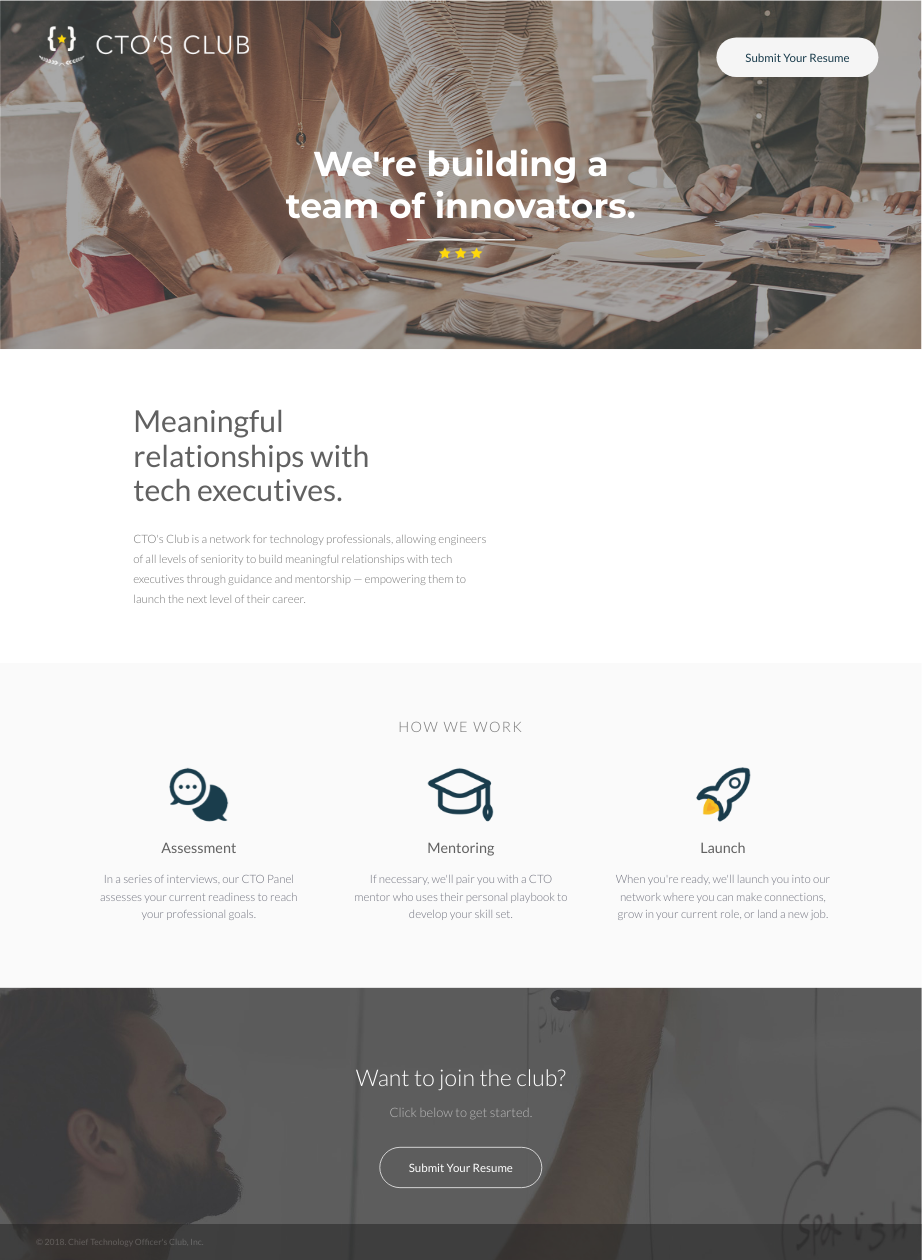
Repository: jadamduff/ctos_club_master
Page: index.html
The author's editor kept a record of every edit. The page is drawn from the files as they stood at one moment, then again after the next edit.
The browser window is 1280 px wide. The pictures show the whole page, at 72% of full size.
Some web fonts or font styles are not loaded; a fallback is used. Some web libraries are served in a nearby version.

Above is the page before.
Not found: js/join.js

### index.html
<!DOCTYPE html>
<html>
    <head>
        <title>CTO's CLub - Welcome</title>
        <link rel="stylesheet" type="text/css" href="css/base.css" />
        <link href="https://fonts.googleapis.com/css?family=Lato:300,400|Montserrat:500,700|Nunito+Sans:300i,400" rel="stylesheet">
        <script src="https://ajax.googleapis.com/ajax/libs/jquery/3.3.1/jquery.min.js"></script>
        <script src="https://ajax.googleapis.com/ajax/libs/jqueryui/1.12.1/jquery-ui.min.js"></script>
        <script src="js/join.js"></script>
        <meta name="viewport" content="width=device-width, initial-scale=1">
    </head>
    <body>
        <div class="screen" id="screen"></div>
        <div class="form_box" id="form_box">
            <div style="width: 350px; margin: 15px 25px 0 25px; text-align: center">
                <div id="wufoo-z19no87o1f58xc2">
                    Fill out my <a href="https://jadamduff.wufoo.com/forms/z19no87o1f58xc2">online form</a>.
                </div>
                <p id="close_btn">Close</p>
            </div>
        </div>
        <div style="width: 100%; height: 500px; background-color: #eeeeee; top: -500px; position: absolute"></div>
        <div style="background-image: url('images/hero_bg4.png'); width: 100%; height: 485px; background-size: cover; background-position: top">
            <div class="header" id="header_lg">
                <div class="header_contents">
                    <img src="images/logo_hero2.png" id="header_logo" />
                    <div class="contact_button" id="contact_button">Submit Your Resume</div>
                </div>
            </div>
            <div class="header smaller" id="header_sm">
                <div class="header_contents">
                    <img src="images/logo_main_sm6.png" id="header_logo_sm" />
                    <div class="contact_button smaller" id="contact_button_sm">Submit Your Resume</div>
                </div>
            </div>
            <div class="hero_wrapper" id="hero_wrapper">
                <div style="vertical-align: middle; border: 0; display: inline-block; line-height: 1.2; text-align: center; font-family: Montserrat; font-weight: 700; color: #ffffff; font-size: 48px; margin: 200px 0 10px 0">
                    We're building a<br />team of innovators.
                </div><br />
                <div style="width: 150px; height: 2px; background-color: #eeeeee; display: inline-block; margin: 0 0 5px 0"></div><br />
                <div style="display: inline-block">
                    <img src="images/star_sm.png" />
                    <img src="images/star_sm.png" />
                    <img src="images/star_sm.png" />
                </div>
            </div>
        </div>
        <div style="width: 100%; background-color: #ffffff; text-align: center; padding: 75px 0 75px 0">
            <div style="display: inline-block; padding: 0 25px 0 100px; vertical-align: middle">

                <div style="margin: 0; text-align: left">
                        <p style="font-family: Lato; font-size: 42px; color: #616161; font-weight: 400; line-height: 48px; max-width: 400px; margin: 0 0 30px 0">
                            Meaningful relationships with tech executives.
                        </p>
                        <p style="font-family: Lato; font-size: 16px; color: #757575; font-weight: 300; line-height: 28px; margin: 0; max-width: 500px">
                            CTO's Club is a network for technology professionals, allowing engineers of all levels of seniority to build meaningful relationships with tech executives through guidance and mentorship &#8212 empowering them to launch the next level of their career.
                        </p>
                </div>
            </div>
            <div style="display: inline-block; vertical-align: middle; margin: 0 100px 0 25px">
                <img src="images/alex3.png" id="cto_image"/>
                <div id="cto_label">
                    <p style="font-family: Nunito Sans; font-weight: 400; color: #424242; font-size: 22px; text-align: center; margin: 25px 0 0 0; line-height: 22px; vertical-align: middle">
                        <img src="images/star_sm.png" style="vertical-align: middle; padding: 0 0 6px 0" /> Alex Baretta
                    </p>
                    <p style="font-family: Nunito Sans; font-weight: 300i; font-style: italic; color: #424242; font-size: 18px; text-align: center; margin: 0 0 0 18px; line-height: 22px; vertical-align: middle">
                        Founder at xMuTuo
                    </p>
                </div>
            </div>

        </div>
        <div style="width: 100%; background-color: #fafafa; text-align: center; padding: 75px 0 75px 0">
            <div style="font-family: Lato; font-size: 20px; color: #757575; margin: 0 0 30px 0; text-align: center; font-weight: 300; letter-spacing: 2px">
                HOW WE WORK<br />
            </div>

            <ul style="list-style-type: none; display: inline-block; padding: 0">
                <li style="display: inline-block; width: 300px; margin: 0 30px; vertical-align: top">
                    <img src="images/interview_icon.png" style="height: 75px"/>
                    <p style="font-family: Lato; font-weight: 400; font-size: 20px; color: #616161; text-align: center">
                        Assessment
                    </p>
                    <p style="font-family: Lato; font-size: 16px; color: #6F717D; margin: 0; text-align: center; font-weight: 300; line-height: 24px">
                        In a series of interviews, our CTO Panel assesses your current readiness to reach your professional goals.
                    </p>
                </li>
                <li style="display: inline-block; width: 300px; margin: 0 30px; vertical-align: top">
                    <img src="images/mentoring_icon.png" style="height: 75px"/>
                    <p style="font-family: Lato; font-weight: 400; font-size: 20px; color: #616161; text-align: center">
                        Mentoring
                    </p>
                    <p style="font-family: Lato; font-size: 16px; color: #6F717D; margin: 0; text-align: center; font-weight: 300; line-height: 24px">
                        If necessary, we'll pair you with a CTO mentor who uses their personal playbook to develop your skill set.
                    </p>
                </li>
                <li style="display: inline-block; width: 300px; margin: 0 30px; vertical-align: top">
                    <img src="images/launch_icon.png" style="height: 75px"/>
                    <p style="font-family: Lato; font-weight: 400; font-size: 20px; color: #616161; text-align: center">
                        Launch
                    </p>
                    <p style="font-family: Lato; font-size: 16px; color: #6F717D; margin: 0; text-align: center; font-weight: 300; line-height: 24px">
                        When you're ready, we'll launch you into our network where you can make connections, grow in your current role, or land a new job.
                    </p>
                </li>
            </ul>
        </div>
        <div style="width: 100%; background-image: url('images/bottom_hero.jpg'); background-size: cover; background-position: center; text-align: center; padding: 100px 0; position: relative">
                <p style="font-family: Lato; font-size: 32px; color: #ffffff; font-weight: 300; line-height: 48px; max-width: 400px; margin: 0 0 10px 0; display: inline-block">
                    Want to join the club?
                </p><br />
                <p style="font-family: Lato; font-size: 18px; color: #bdbdbd; font-weight: 300; line-height: 28px; margin: 0 0 35px 0; display: inline-block">
                    Click below to get started.
                </p><br />
                <div class="contact_button2" id="contact_button2">Submit Your Resume</div>
                <div class="footer"><span style="margin: 0 0 0 50px">&copy; 2018. Chief Technology Officer's Club, Inc.</span></div>
        </div>
    </body>

</html>

### css/base.css
@import url("divs.css");
@import url("fonts.css");
@import url("animations.css");

body {
    padding: 0;
    margin: 0;
    overflow: auto;
    background-color: #ffffff;
}

form.wufoo {
    padding: 0;
}

wufoo-form-container {
    max-height: 367px;
}

.noI {
    overflow: hidden;
}

input.text {
    border-top: 0px;
}

form span.req {
    display: none !important;
}

.wufoo label.desc {
    color: #1a3c4c;
    font-size: 16px;
    margin: 5px 0 5px 0;
}


.wufoo input.text {
    width: 330px;
    height: 50px;
    font-size: 18px;
    line-height: 50px;
    vertical-align: middle;
    padding: 0 0 0 10px;
    border-radius: 2px;
    outline: none;
    max-width: 340px;
    border-color: #eeeeee;
    border-top-color: #eeeeee;
}

.wufoo input.btTxt {
    width: 100px;
    border-radius: 2px;
    border: 0;
    background-color: #1A3C4C;
    width: 100%;
    height: 50px;
    font-family: Lato;
    font-size: 16px;
    color: #ffffff;
    margin: 15px 0 0 0;
    opacity: 0.8;
    transition: opacity .2s;
}

.wufoo input.btTxt:hover {
    opacity: 1;
    cursor: pointer;
}

#errorLi {
    display: none;
}

form li.error p.error {
    display: none;
}

form li.error {
    margin-bottom: 0 !important;
    background-color: #ffffff !important;
}

#cto_image {
    margin-top: -15px;
    opacity: 0;
    transition: opacity 3s;
}

#cto_label {
    opacity: 0;
    margin: 0 0 0 -25px;
    transition: opacity 3s, margin 1.5s;
}

### css/divs.css
.screen {
    width: 100%;
    height: 100%;
    z-index: 2;
    background-color: #000000;
    position: fixed;
    opacity: 0.3;
    display: none;
}

.form_box {
    width: 400px;
    height: 430px;
    background-color: #ffffff;
    border-radius: 3px;
    position: fixed;
    top: 50%;
    left: 50%;
    margin: -215px 0 0 -200px;
    z-index: 3;
    opacity: 1;
    display: none;
}

.header {
    width: 100%;
    height: 141px;
    padding: 30px 0;
    position: fixed;
    transition: height .15s;
    vertical-align: middle;
    text-align: center;
    z-index: 6;
}

.header_contents {
    width: 100%;
    max-width: 1280px;
    display: inline-block;
}

.header.smaller {
    height: 63px;
    box-shadow: 0 4px 8px 0 rgba(0, 0, 0, 0.1), 0 6px 20px 0 rgba(0, 0, 0, 0.10);
    background-color: #ffffff;
    opacity: 0.95;
    padding: 0;
    display: none;
}

#header_logo {
    float: left;
    padding: 0 0 0 50px;
}

#header_logo_sm {
    float: left;
    padding: 8px 0 0 50px;
}

.hero_wrapper {
    width: 100%;
    margin: 0;
    text-align: center;
    vertical-align: middle;
}

.contact_button {
    height: 55px;
    border: 0px solid #e0e0e0;
    background-color: #f5f5f5;
    border-radius: 55px;
    text-align: center;
    line-height: 55px;
    font-family: Lato;
    font-size: 16px;
    color: #1a3c4c;
    float: right;
    vertical-align: middle;
    padding: 0 40px 0 40px;
    margin: 22px 60px 0 0;
    transition: border .2s;
    transition: background-color .2s;
}

.contact_button:hover {
    cursor: pointer;
    border: 0px solid #bdbdbd;
    background-color: #e0e0e0;
}

.contact_button.smaller {
    height: 35px;
    line-height: 34px;
    padding: 0 20px 0 20px;
    margin: 14px 60px 0 0;
}

.contact_button2 {
    height: 55px;
    border: 1px solid #ffffff;
    border-radius: 55px;
    text-align: center;
    line-height: 55px;
    font-family: Lato;
    font-size: 16px;
    color: #ffffff;
    vertical-align: middle;
    padding: 0 40px 0 40px;
    transition: border .2s;
    transition: background-color .2s, border .1s;
    display: inline-block;
}

.contact_button2:hover {
    cursor: pointer;
    border: 1px solid #FFD80B;
    background-color: #E1BF10;
    color: #fafafa;
}

#close_btn {
    font-family: Lato;
    color: #bdbdbd;
    font-size: 14px;
    padding: 0;
    margin: -10px 0 0 0;
    position: absolute;
    z-index: 4;
    width: 350px;
    bottom: 25px;
}

#close_btn:hover {
    cursor: pointer;
}

.footer {
    background-color: #212121;
    height: 50px;
    color: #757575;
    font-family: Lato;
    font-weight: 400;
    font-size: 12px;
    line-height: 50px;
    vertical-align: middle;
    text-align: left;
    opacity: 0.5;
    position: absolute;
    bottom: 0;
    width: 100%;
}

Loaded but not shown: css/animations.css (no stored copy; drawn as an empty file)

After the next edit:
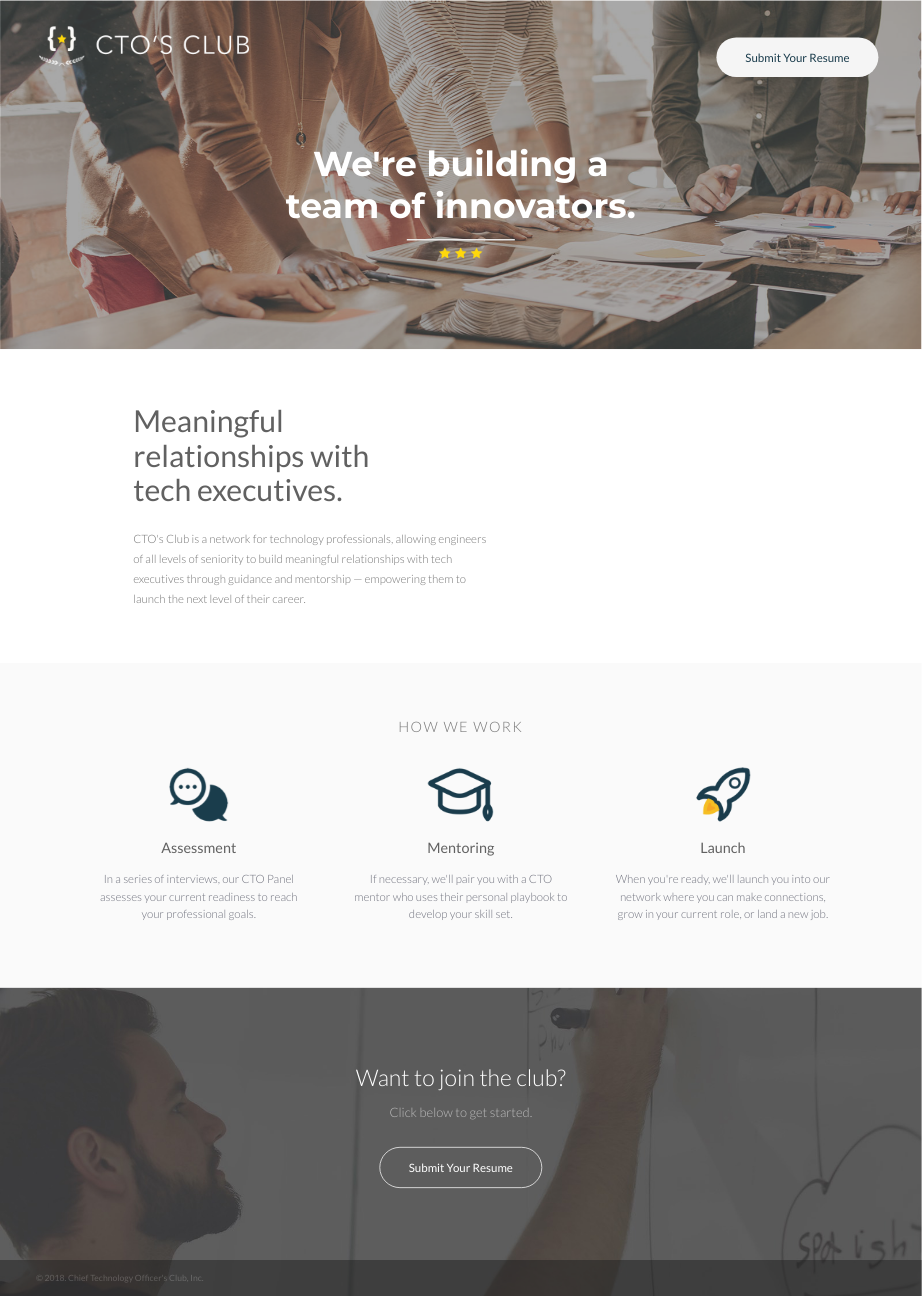
The edit:
--- a/index.html
+++ b/index.html
@@ -105,7 +105,7 @@
                 </li>
             </ul>
         </div>
-        <div style="width: 100%; background-image: url('images/bottom_hero.jpg'); background-size: cover; background-position: center; text-align: center; padding: 100px 0; position: relative">
+        <div style="width: 100%; background-image: url('images/bottom_hero.jpg'); background-size: cover; background-position: center; text-align: center; padding: 100px 0 150px 0; position: relative">
                 <p style="font-family: Lato; font-size: 32px; color: #ffffff; font-weight: 300; line-height: 48px; max-width: 400px; margin: 0 0 10px 0; display: inline-block">
                     Want to join the club?
                 </p><br />
